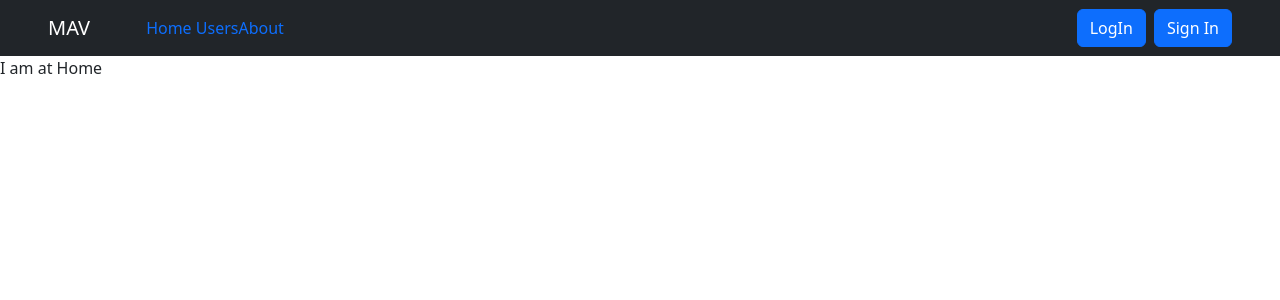
Repository: Dekabrist94/Bootstrap-First-Page
Page: /
The author's editor kept a copy of each file at every save. The page is drawn from the files as they stood at one save, then again after the next save.
The browser window is 1280 px wide. The pictures show the whole page.
The project was rebuilt for these pictures with package versions that can differ from the ones it lists, and the page was loaded fresh each time. Also part of the build but not shown: src/components/Users.js, src/components/About.js.

Above is the page before, as saved 2023-04-14 12:10:42.

After the next save:
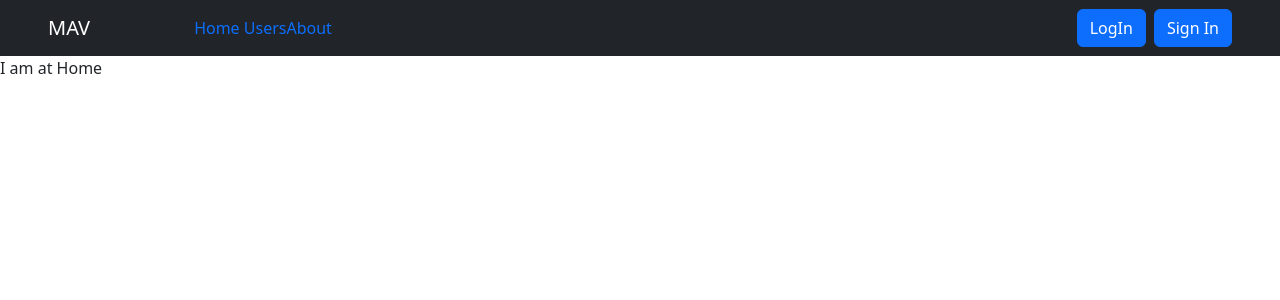
Saved 18 s later.
--- a/src/components/Navibar.js
+++ b/src/components/Navibar.js
@@ -12,7 +12,7 @@ export const Navibar = () => {
           {/*Razvernut Menu */}
           <Nav className="me-auto ">
             <Nav.Link>
-              <Link className="text-decoration-none" to="/">
+              <Link className="ms-5 text-decoration-none" to="/">
                 Home
               </Link>
               <Link className="text-decoration-none" to="/users">
